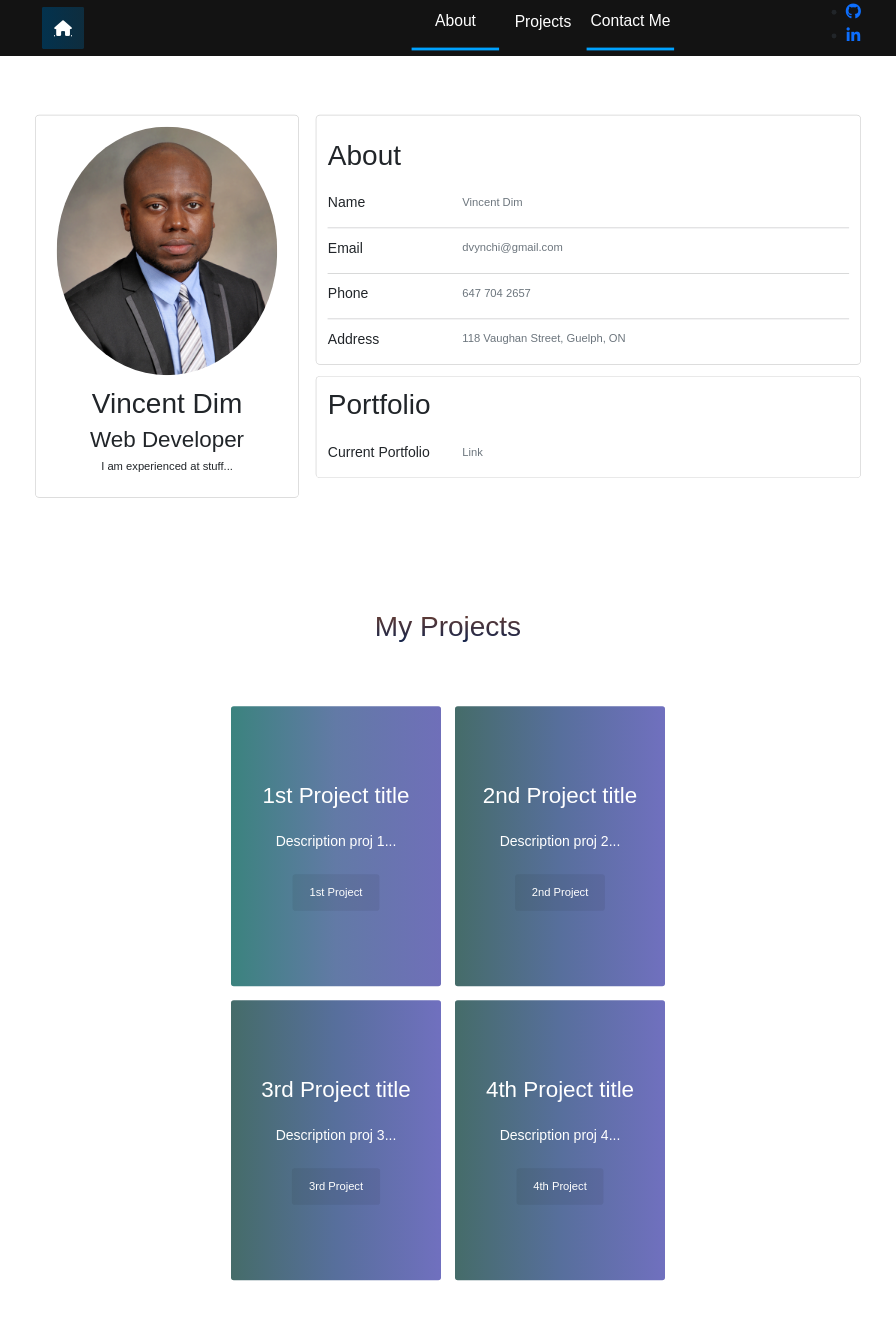
Repository: dvynchi/profile-2022
Page: index.html
These files come from the project's save history. The page is drawn as it stood at one moment and after the next save; the edit follows.
The browser window is 1280 px wide. The pictures show the part of the page from y = 0 to 1920 px (the page is 2631 px tall), at 70% of full size.
Some web libraries are served in a nearby version.

Above is the page before, as saved 2022-08-18 11:20:27.

After the next save:
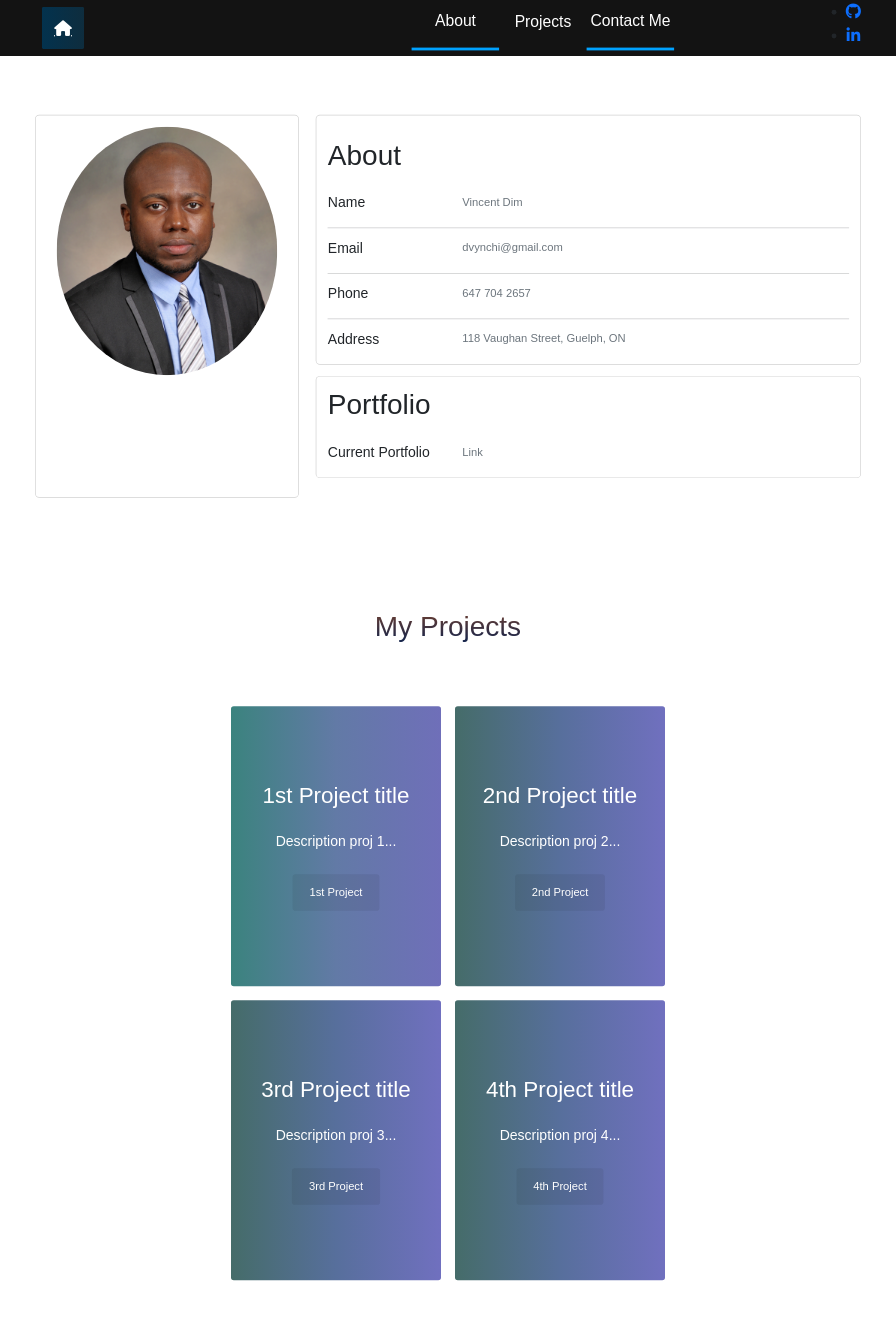
Saved 86 s later.
--- a/styles.css
+++ b/styles.css
@@ -214,6 +214,12 @@
     font-size: 2.5rem;
 }
 
+.sidebar {
+    background-color: #131313;
+    color: white;
+    height: 100%;
+}
+
 
 /* Mobile Responsiveness for About and Contact Section */
 

After the save that followed:
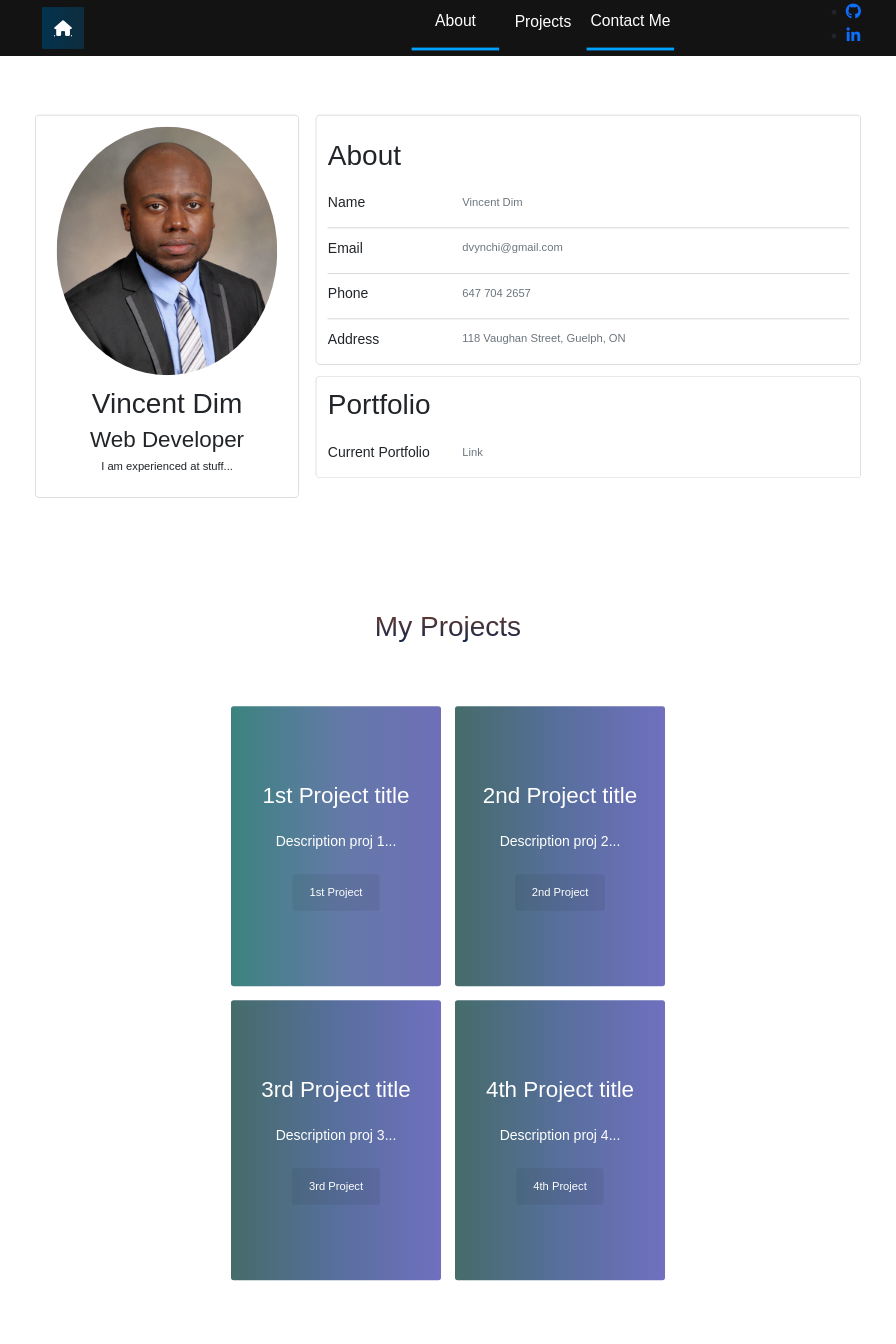
Saved 47 s later.
--- a/styles.css
+++ b/styles.css
@@ -214,7 +214,7 @@
     font-size: 2.5rem;
 }
 
-.sidebar {
+.sidebar a {
     background-color: #131313;
     color: white;
     height: 100%;
